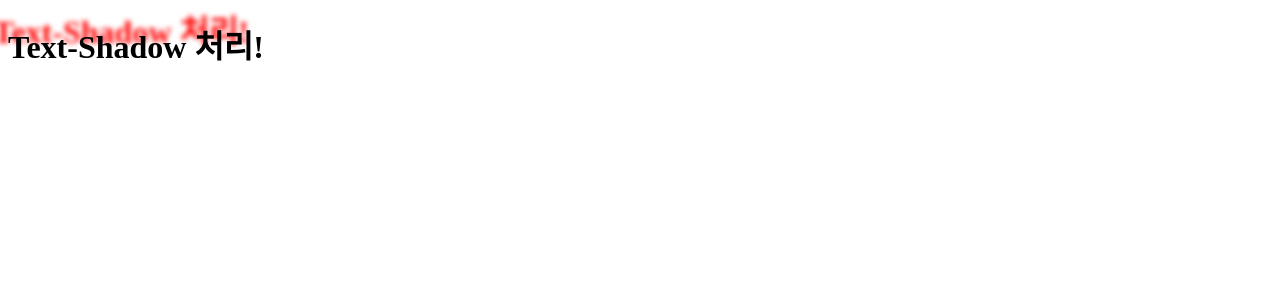
Repository: daehyeonhong/HTML
Page: ch04/WebContent/css/text-shadow.html
An editor plug-in stored every save of this project. The page is shown before and after the next save, followed by the edit.
The browser window is 1280 px wide. The pictures show the whole page.

Above is the page before, as saved 2020-05-19 06:13:57.

After the next save:
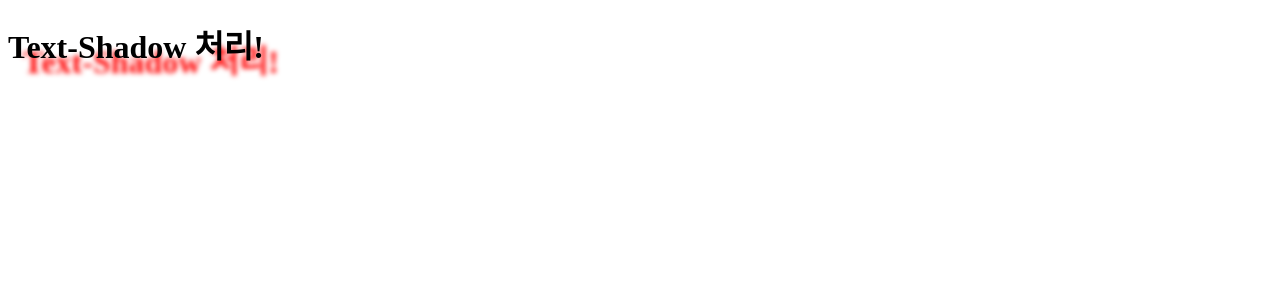
Saved 31 s later.
--- a/ch04/WebContent/css/text-shadow.html
+++ b/ch04/WebContent/css/text-shadow.html
@@ -5,7 +5,7 @@
 <title>Insert title here</title>
 <style type="text/css">
 h1 {
-	text-shadow: -15px -15px 5px #ff0000;
+	text-shadow: 15px 15px 5px #ff0000; /* x축 y축 퍼짐 정도 그림자 색 */
 }
 </style>
 </head>
